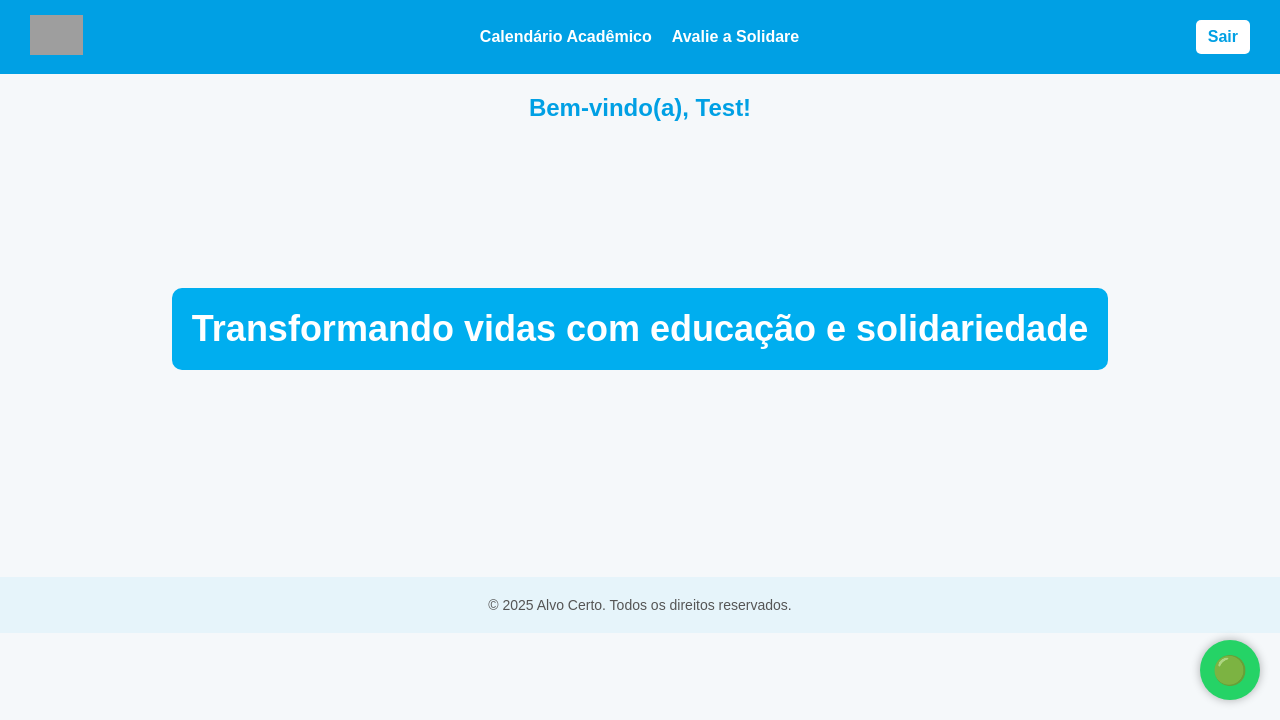
Repository: Guilherme-burle/Portal-do-Aluno-P2
Page: http://localhost/
An editor plug-in stored every save of this project. The page is shown before and after the next save, followed by the edit.
The browser window is 1280 px wide. The pictures show the whole page.
Pictures or frames that could not be fetched are drawn as grey boxes. The page is served by the project's application, run on Django 5.2 (PortaldoAluno/manage.py). A made-up administrator, testuser (Test User, test@example.com), is signed in.

Above is the page before, as saved 2025-05-16 16:52:24.

After the next save:
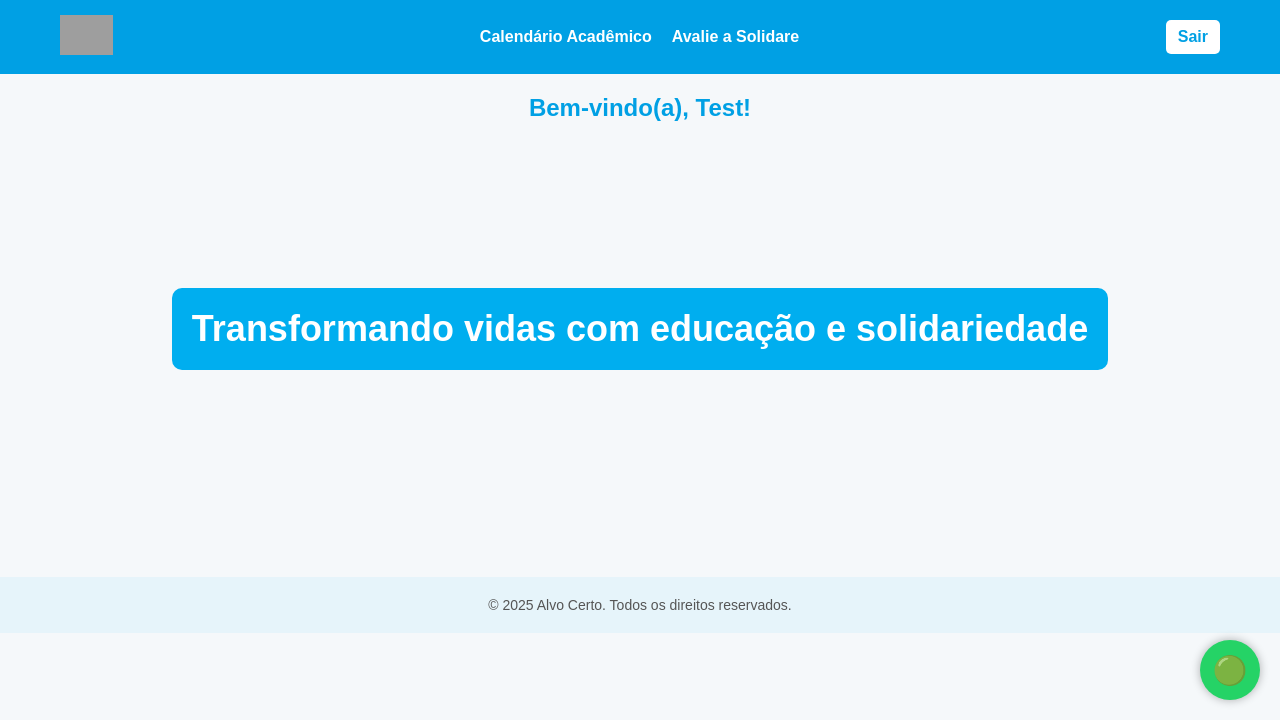
Saved 15 s later.
--- a/PortaldoAluno/Aplicativo/templates/home.html
+++ b/PortaldoAluno/Aplicativo/templates/home.html
@@ -16,7 +16,7 @@
 
     header {
       background-color: #00a0e4;
-      padding: 15px 30px;
+      padding: 15px 60px;
       display: flex;
       align-items: center;
       justify-content: space-between;

After the save that followed:
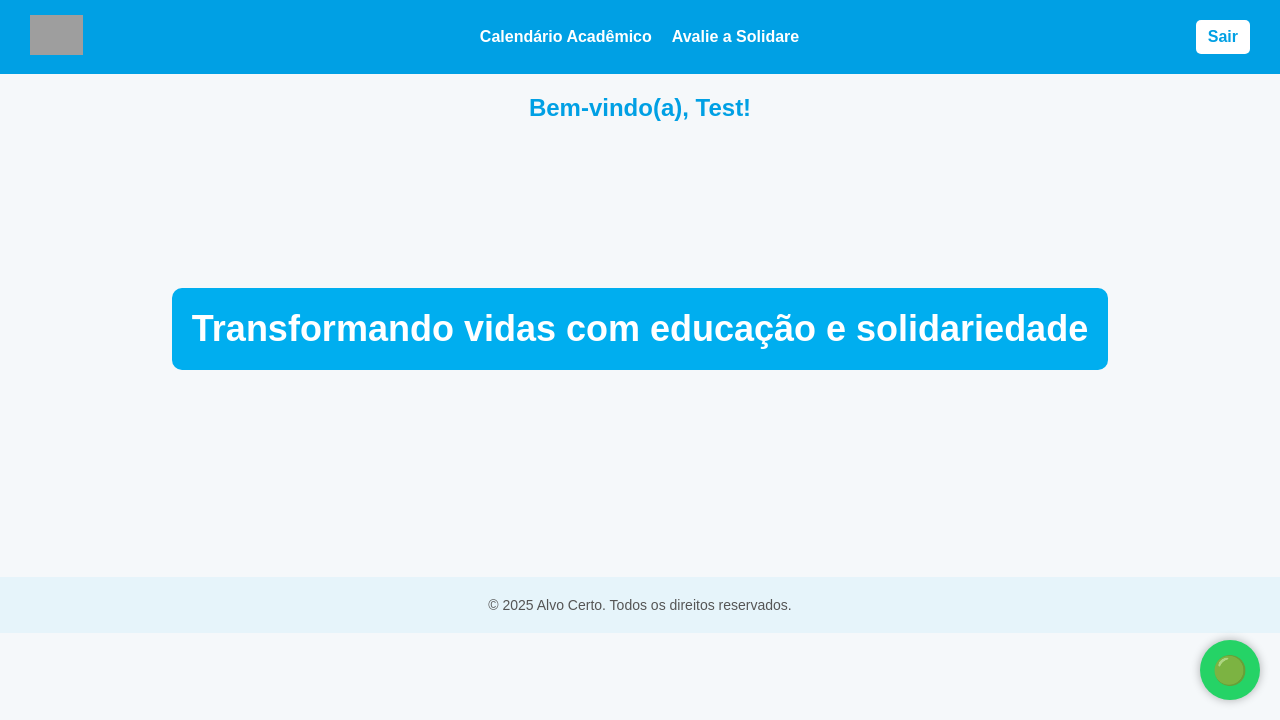
Saved 5 s later.
--- a/PortaldoAluno/Aplicativo/templates/home.html
+++ b/PortaldoAluno/Aplicativo/templates/home.html
@@ -16,7 +16,7 @@
 
     header {
       background-color: #00a0e4;
-      padding: 15px 60px;
+      padding: 15px 30px;
       display: flex;
       align-items: center;
       justify-content: space-between;
